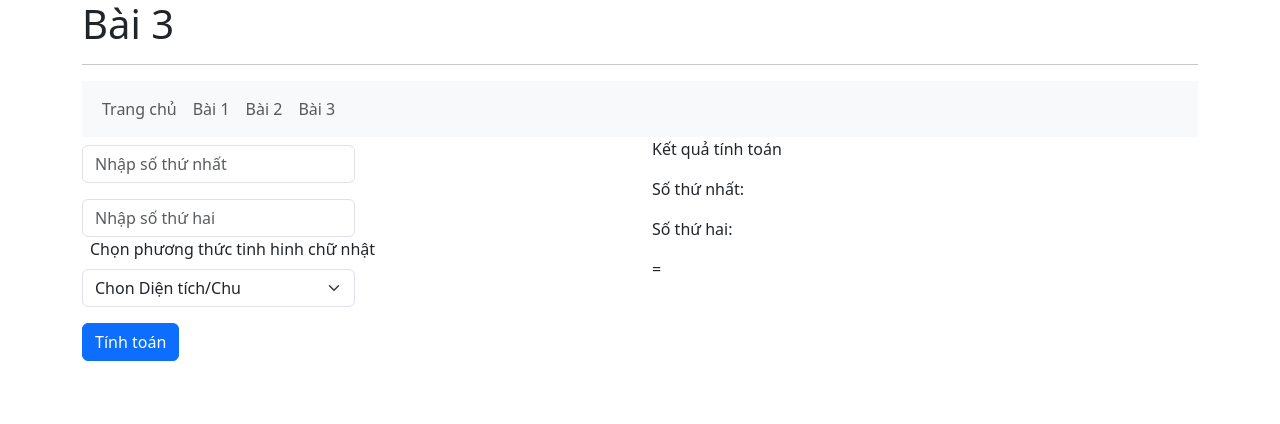
Repository: thanhtung795/java4
Page: http://localhost/Lab1/bai3
An editor plug-in stored every save of this project. The page is shown before and after the next save, followed by the edit.
The browser window is 1280 px wide. The pictures show the whole page.
The page is served by Tomcat 9. Other server files are loaded and not shown.

Above is the page before, as saved 2024-06-25 11:29:58.

### Lab1/src/main/webapp/bai3.jsp
<%@ page language="java" contentType="text/html; charset=UTF-8" pageEncoding="UTF-8" %>
  <!DOCTYPE html>
  <html>

  <head>
    <meta charset="UTF-8">
    <title>Insert title here</title>
    <link href="https://cdn.jsdelivr.net/npm/bootstrap@5.3.3/dist/css/bootstrap.min.css" rel="stylesheet"
      integrity="sha384-QWTKZyjpPEjISv5WaRU9OFeRpok6YctnYmDr5pNlyT2bRjXh0JMhjY6hW+ALEwIH" crossorigin="anonymous">
  </head>

  <body>

    <div class="container">
      <h1>Bài 3</h1>
      <hr>
      <nav class="navbar navbar-expand-lg bg-body-tertiary">
        <div class="container-fluid">

          <button class="navbar-toggler" type="button" data-bs-toggle="collapse" data-bs-target="#navbarNav"
            aria-controls="navbarNav" aria-expanded="false" aria-label="Toggle navigation">
            <span class="navbar-toggler-icon"></span>
          </button>
          <div class="collapse navbar-collapse" id="navbarNav">
            <ul class="navbar-nav">
              <li class="nav-item">
                <a class="nav-link" href="index.jsp">Trang chủ</a>
              </li>
              <li class="nav-item">
                <a class="nav-link" href="bai1.jsp">Bài 1</a>
              </li>
              <li class="nav-item">
                <a class="nav-link" href="bai2">Bài 2</a>
              </li>
              <li class="nav-item">
                <a class="nav-link" href="bai3">Bài 3</a>
              </li>
            </ul>
          </div>
        </div>
      </nav>
      <div class="row">
        <div class="col-md-6">
            <form action="bai2" method="post" class="mt-2">

                <input class="form-control w-50 " type="text"
                    placeholder="Nhập số thứ nhất" name="txtSoThuNhat">
                <input
                    class="form-control w-50 mt-3 " type="text"
                    placeholder="Nhập số thứ hai" name="txtSoThuHai">
                    <label for="" class="form-label ms-2">Chọn phương thức tinh hinh chữ nhật</label>
                <select
                    class="form-select w-50" aria-label="Default select example"
                    name="txtPhepTinh">
                    <option selected>Chon Diện tích/Chu</option>
                    <option value="+">+</option>
                    <option value="-">-</option>
                    <option value="*">*</option>
                    <option value="/">/</option>
                </select>
                <button type="submit" class="btn btn-primary mt-3">Tính toán</button>
            </form>
        </div>
        <div class="col-md-6 w-50">
            <p>Kết quả tính toán</p>
            <p>Số thứ nhất: ${SoTN}</p>
            <p>Số thứ hai: ${SoTH}</p>
            <p>${SoTN} ${PhepTinh} ${SoTH} = ${ketQua}</p>
            <c:if test="${not empty error}">
                <p style="color: red;">${error}</p>
            </c:if>
        </div>
    </div>
    </div>
    <script src="https://cdn.jsdelivr.net/npm/bootstrap@5.3.3/dist/js/bootstrap.bundle.min.js"
      integrity="sha384-YvpcrYf0tY3lHB60NNkmXc5s9fDVZLESaAA55NDzOxhy9GkcIdslK1eN7N6jIeHz"
      crossorigin="anonymous"></script>
  </body>

  </html>

### Lab1/src/main/java/controller/bai3.java
package controller;

import java.io.IOException;

import javax.servlet.ServletException;
import javax.servlet.annotation.WebServlet;
import javax.servlet.http.HttpServlet;
import javax.servlet.http.HttpServletRequest;
import javax.servlet.http.HttpServletResponse;

@WebServlet("/bai3")
public class bai3 extends HttpServlet {
	@Override
	protected void doGet(HttpServletRequest req, HttpServletResponse resp) throws ServletException, IOException {
		// TODO Auto-generated method stub
		req.getRequestDispatcher("bai3.jsp").forward(req, resp);
	}
}

After the next save:
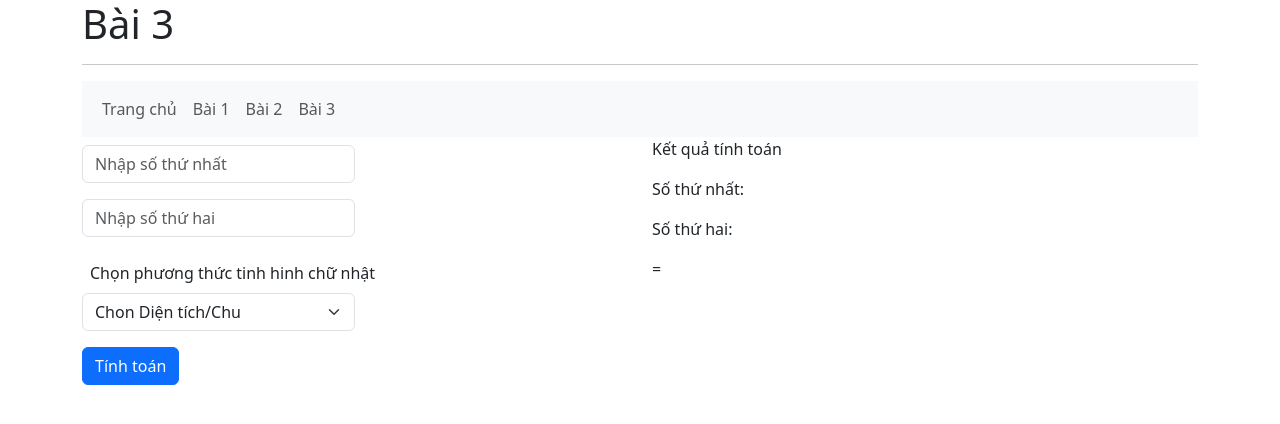
Saved 7 s later.
--- a/Lab1/src/main/webapp/bai3.jsp
+++ b/Lab1/src/main/webapp/bai3.jsp
@@ -48,7 +48,7 @@
                 <input
                     class="form-control w-50 mt-3 " type="text"
                     placeholder="Nhập số thứ hai" name="txtSoThuHai">
-                    <label for="" class="form-label ms-2">Chọn phương thức tinh hinh chữ nhật</label>
+                    <label for="" class="form-label ms-2 mt-4">Chọn phương thức tinh hinh chữ nhật</label>
                 <select
                     class="form-select w-50" aria-label="Default select example"
                     name="txtPhepTinh">
